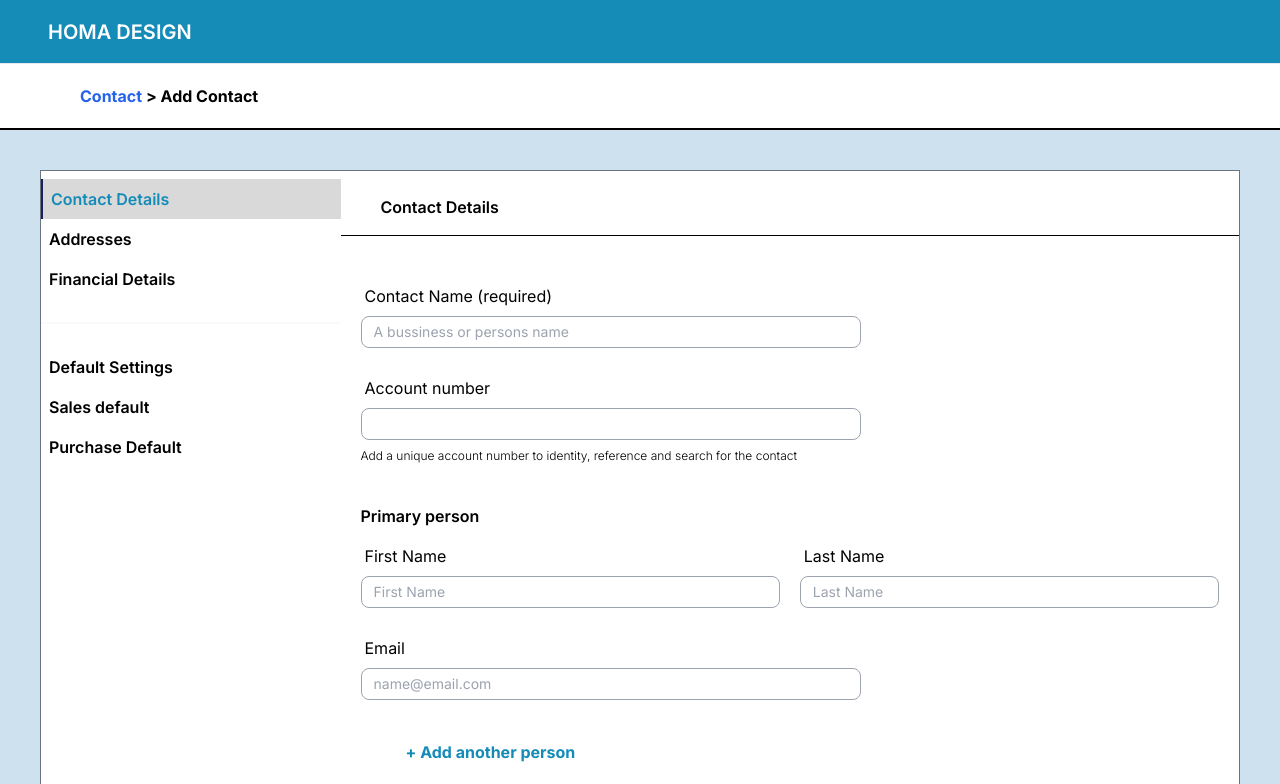
Repository: khairul35/homa-FE
Page: /contact
These files come from the project's save history. The page is drawn as it stood at one moment and after the next save; the edit follows.
The browser window is 1280 px wide. The pictures show the whole page.
An inner scrolling area shows only its first screen. The project was rebuilt for these pictures with package versions that can differ from the ones it lists, and the page was loaded fresh each time. The framework's server and built-in components were replaced by stand-ins that run in the browser. Also part of the build but not shown: next.config.js, app/components/layout/header/BusinessMenu.tsx, app/components/layout/header/CompanyMenu.tsx, app/contact/index.component.tsx.

Above is the page before, as saved 2024-01-06 15:23:45.

After the next save:
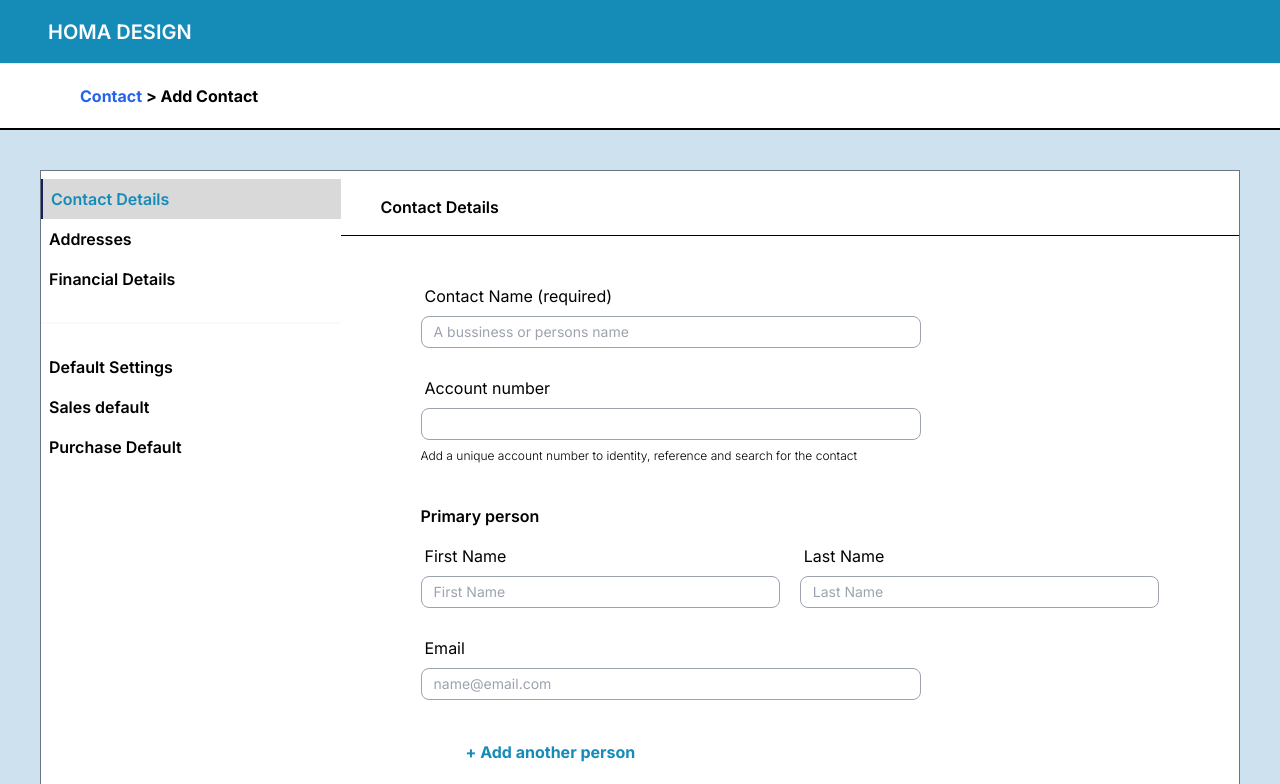
Saved 51 s later.
--- a/app/contact/form/contact-details/index.component.tsx
+++ b/app/contact/form/contact-details/index.component.tsx
@@ -11,7 +11,7 @@ const Component = (props: ComponentProps) => {
         <div>
             <h2 className="p-4 pl-10 font-semibold">Contact Details</h2>
             <div className={styles.divider}></div>
-            <div className="p-5">
+            <div className="p-5 pl-20 pr-20">
                 <form method="dialog">
                     <label className="label mt-5">Contact Name (required)</label>
                     <input
